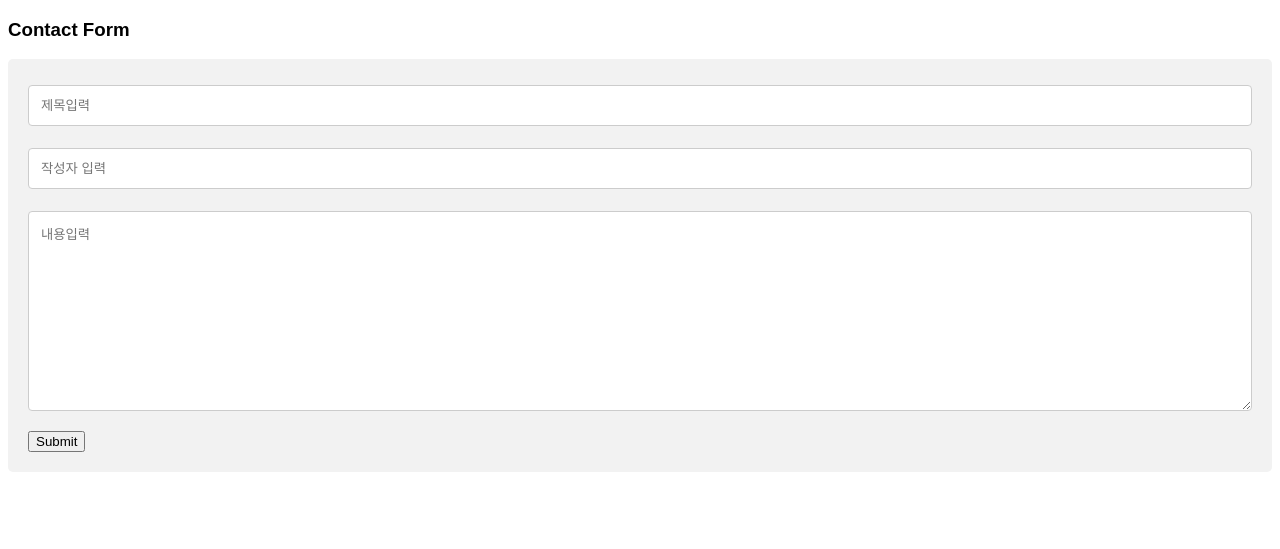
Repository: hyeong-jun-98/SL_front
Page: http://localhost/web0810_1/notice/content.jsp
These files come from the project's save history. The page is drawn as it stood at one moment and after the next save; the edit follows.
The browser window is 1280 px wide. The pictures show the whole page.
The page is served by Tomcat 9.

Above is the page before, as saved 2022-08-11 07:10:10.

After the next save:
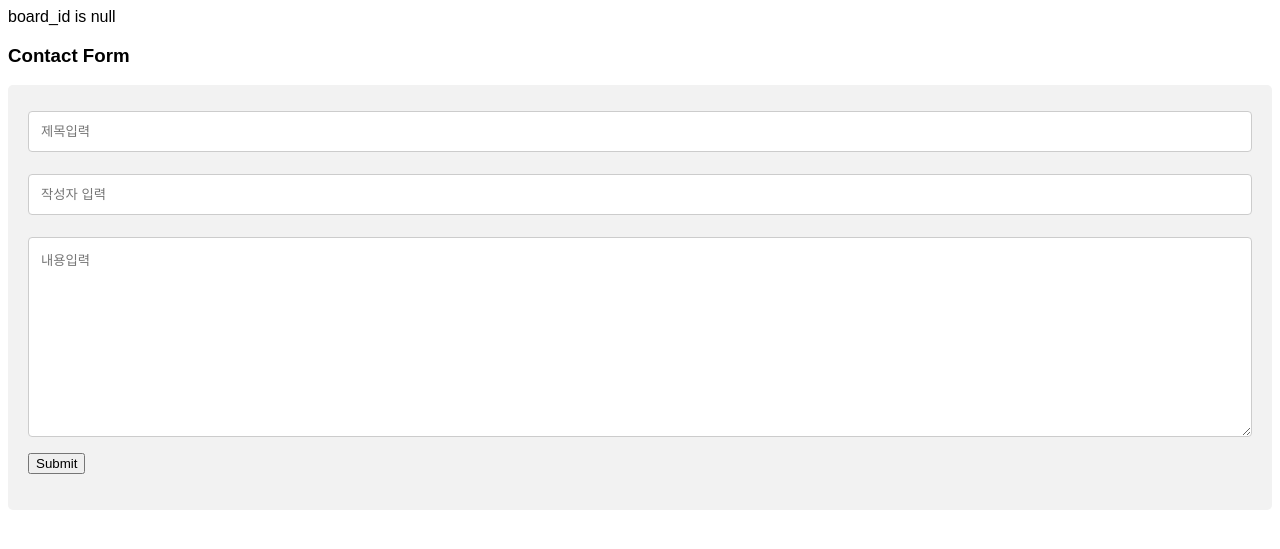
Saved 64 s later.
--- a/web0810_1/src/main/webapp/notice/content.jsp
+++ b/web0810_1/src/main/webapp/notice/content.jsp
@@ -1,4 +1,13 @@
 <%@page contentType="text/html; charset=utf-8" %>
+
+<%
+
+	String board_id = request.getParameter("board_id");
+	out.print("board_id is " + board_id);
+
+
+
+%>
 <!DOCTYPE html>
 <html>
 <head>
